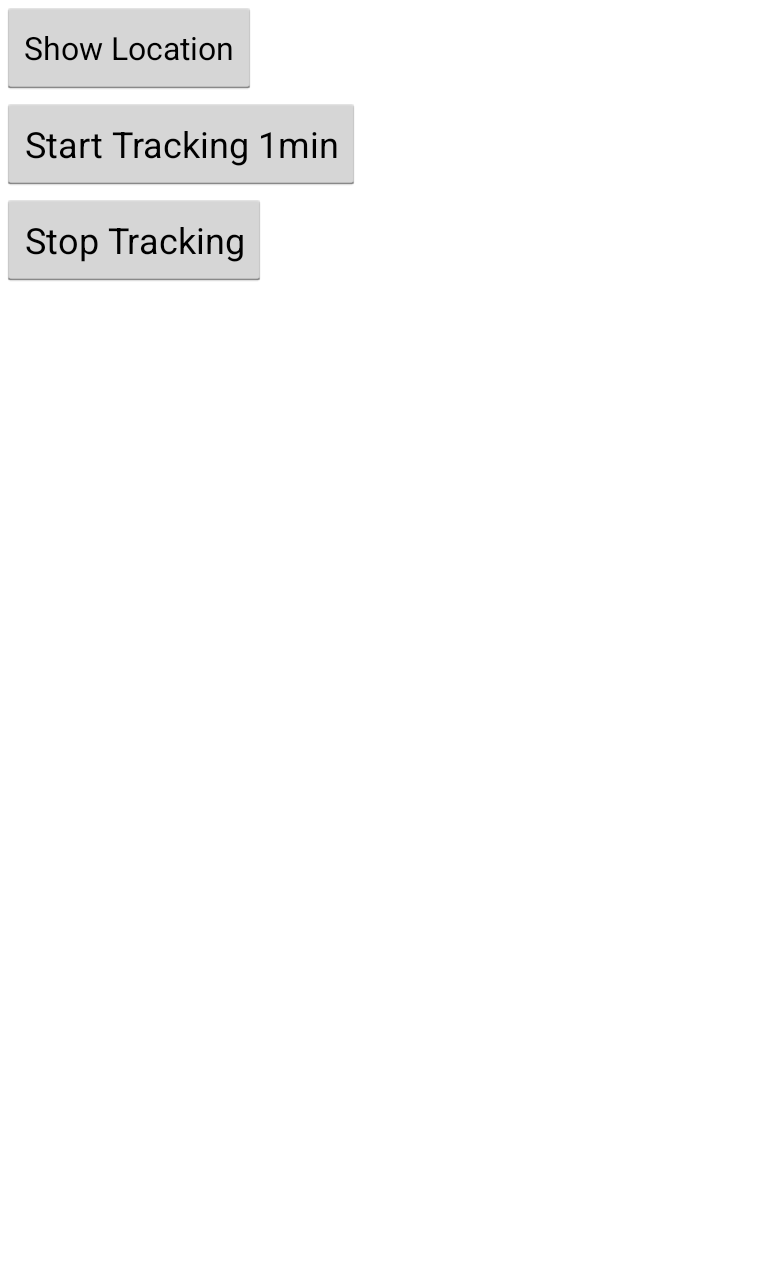
Repository: Jonieye/gps-story
Layout: Workspace/com.joni.android.first/res/layout/activity_main.xml
These files come from the project's save history. The layout is drawn as it stood at one moment and after the next save; the edit follows.
It is drawn on a 768 x 1280 px phone screen (xhdpi) without system bars, with theme AppTheme; the app's code is not run.

Above is the layout before, as saved 2014-10-18 09:46:07.

After the next save:
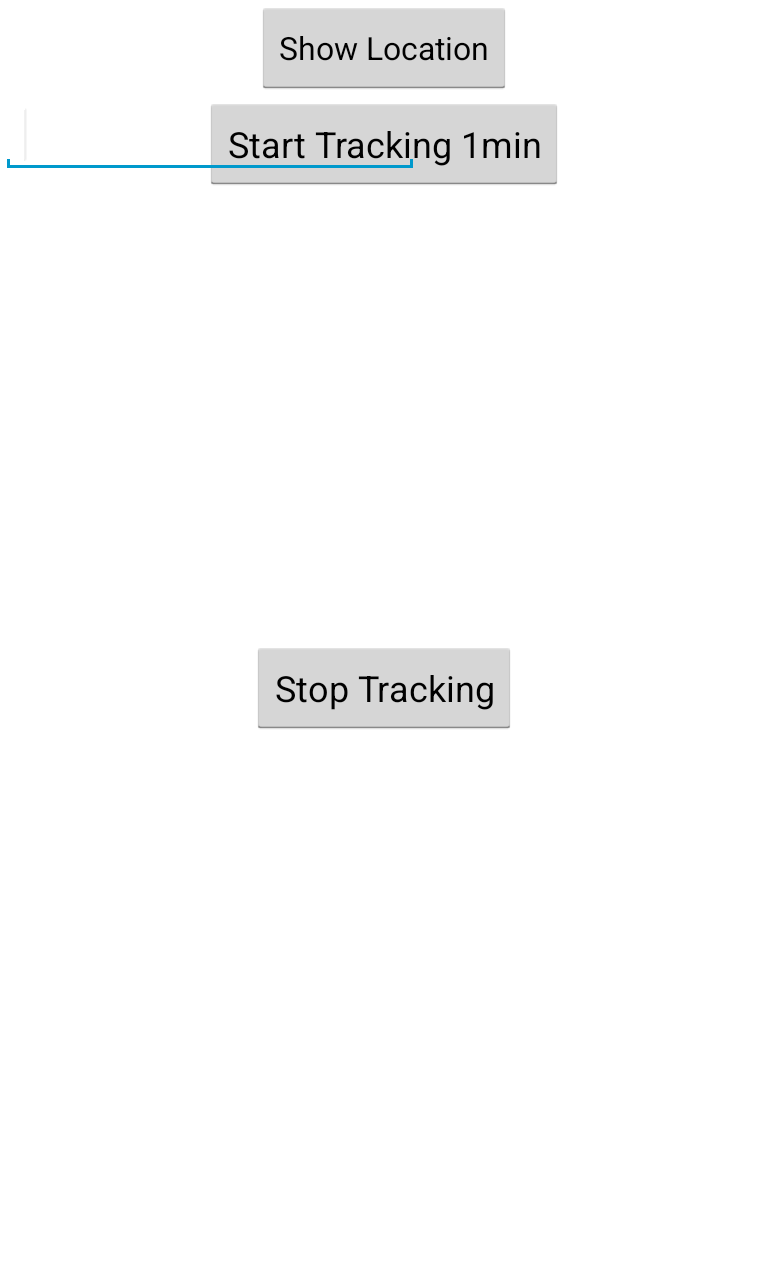
Saved 115 min 51 s later.
--- a/Workspace/com.joni.android.first/res/layout/activity_main.xml
+++ b/Workspace/com.joni.android.first/res/layout/activity_main.xml
@@ -3,23 +3,49 @@
     android:layout_height="fill_parent"
     android:orientation="vertical" >
 
-    <Button
-        android:id="@+id/showLocation"
-        style="@style/AppTheme"
-        android:layout_width="wrap_content"
-        android:layout_height="wrap_content"
-        android:text="Show Location" />
+    <GridLayout
+        android:layout_width="match_parent"
+        android:layout_height="match_parent"
+        android:columnCount="1" >
 
-    <Button
-        android:id="@+id/startLocation"
-        android:layout_width="wrap_content"
-        android:layout_height="wrap_content"
-        android:text="Start Tracking 1min" />
+        <Button
+            android:id="@+id/stopLocation"
+            android:layout_width="wrap_content"
+            android:layout_height="wrap_content"
+            android:layout_column="0"
+            android:layout_gravity="center"
+            android:layout_row="9"
+            android:text="Stop Tracking" />
 
-    <Button
-        android:id="@+id/stopLocation"
-        android:layout_width="wrap_content"
-        android:layout_height="wrap_content"
-        android:text="Stop Tracking" />
+        <Button
+            android:id="@+id/startLocation"
+            android:layout_width="wrap_content"
+            android:layout_height="wrap_content"
+            android:layout_column="0"
+            android:layout_gravity="center_horizontal|top"
+            android:layout_row="9"
+            android:text="Start Tracking 1min" />
+
+        <Button
+            android:id="@+id/showLocation"
+            style="@style/AppTheme"
+            android:layout_width="wrap_content"
+            android:layout_height="wrap_content"
+            android:layout_column="0"
+            android:layout_gravity="center_horizontal|top"
+            android:layout_row="1"
+            android:text="Show Location" />
+
+        <EditText
+            android:id="@+id/editText1"
+            android:layout_column="0"
+            android:layout_gravity="left|top"
+            android:layout_row="9"
+            android:ems="10" >
+
+            <requestFocus />
+        </EditText>
+
+    </GridLayout>
 
 </LinearLayout>
